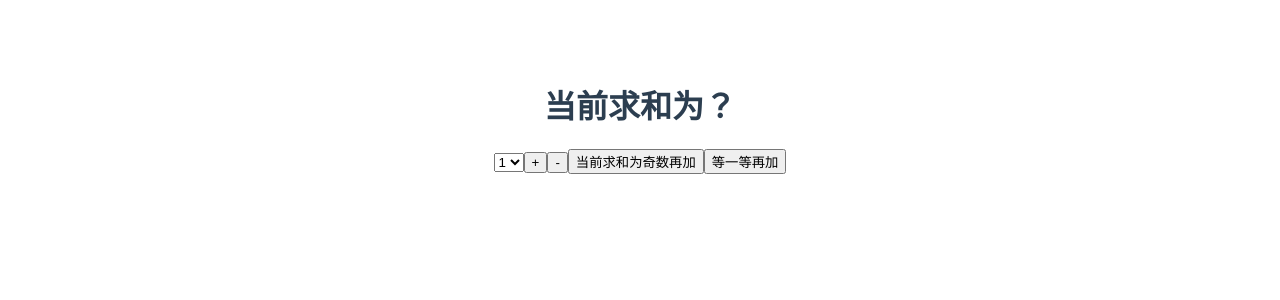
Repository: 319226862/wyy
Page: / (app in test/)
An editor plug-in stored every save of this project. The page is shown before and after the next save, followed by the edit.
The browser window is 1280 px wide. The pictures show the whole page.
The project was rebuilt for these pictures with package versions that can differ from the ones it lists, and the page was loaded fresh each time. Also part of the build but not shown: test/vue.config.js.

Above is the page before, as saved 2023-06-27 20:10:55.

After the next save:
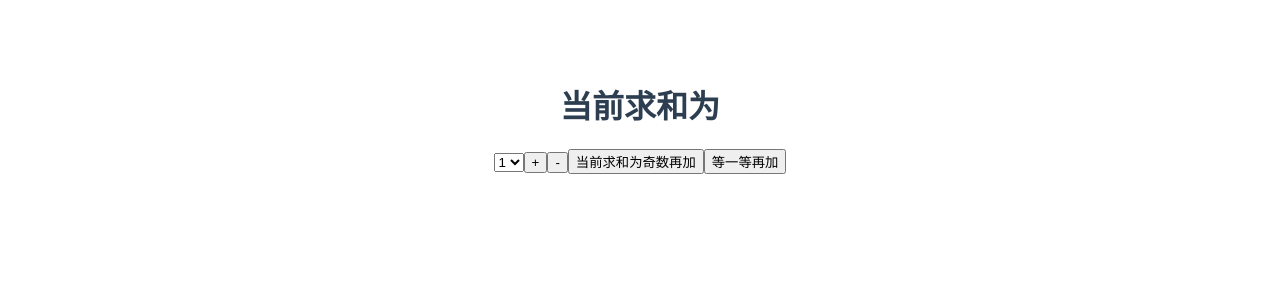
Saved 5 min 26 s later.
--- a/test/src/components/Count.vue
+++ b/test/src/components/Count.vue
@@ -1,6 +1,6 @@
 <template>
     <div>
-        <h1>当前求和为？</h1>
+        <h1>当前求和为{{ number }}</h1>
         <select>
             <option value="1">1</option>
             <option value="2">2</option>
@@ -15,7 +15,11 @@
 
 <script>
 export default {
-
+    data(){
+        return {
+            number:''
+        }
+    }
 }
 </script>
 
